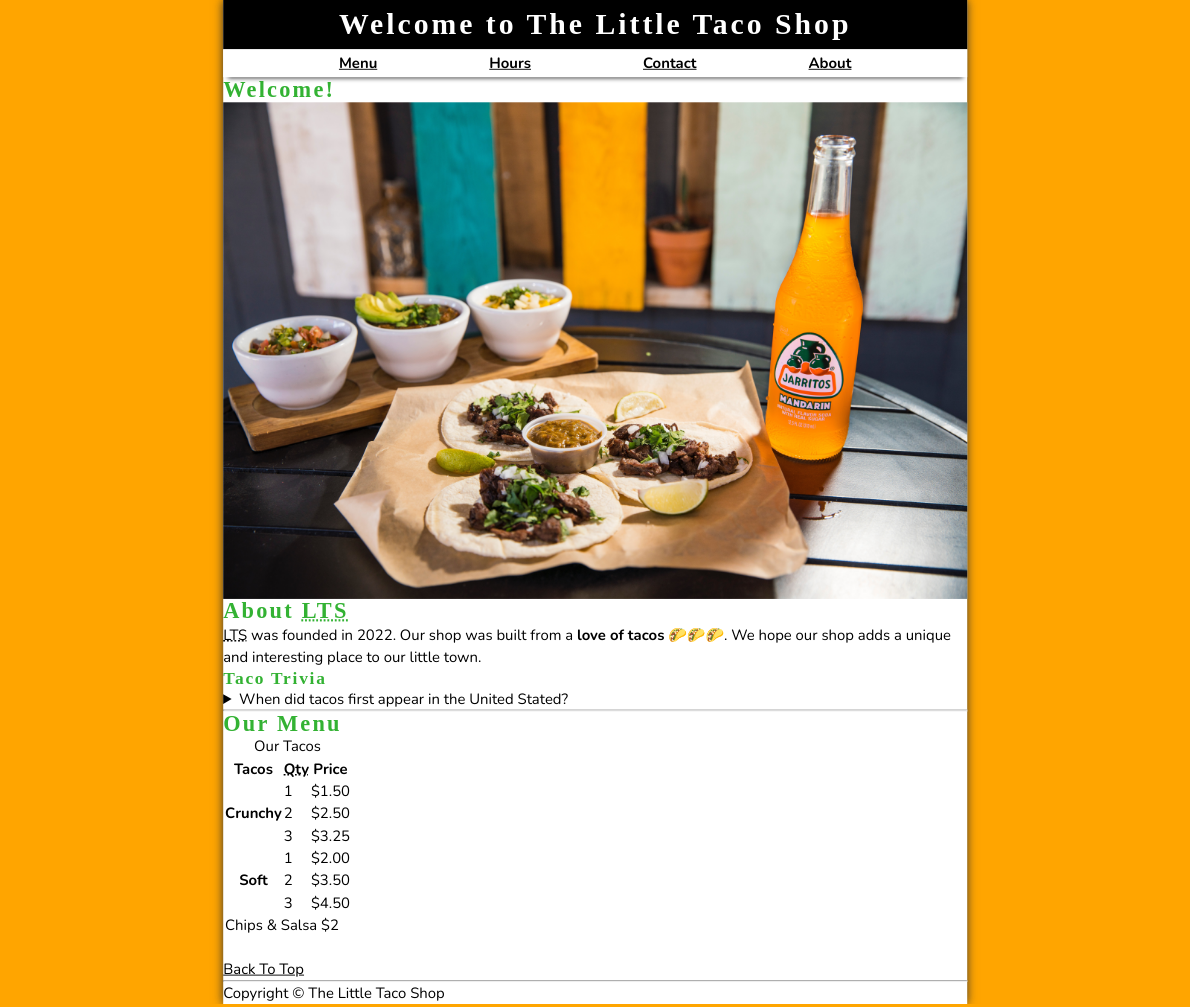
Repository: nabieusuma/Little-taco-shop
Page: index.html
These files come from the project's save history. The page is drawn as it stood at one moment and after the next save; the edit follows.
The browser window is 1280 px wide. The pictures show the whole page, at 93% of full size.
Some web fonts or font styles are not loaded; a fallback is used.

Above is the page before, as saved 2026-05-06 12:14:52.

### index.html
<!doctype html>
<html lang="en">
  <head>
    <meta charset="UTF-8" />
    <meta name="viewport" content="width=device-width, initial-scale=1.0" />
    <meta name="author" content="Nabieu suma" />
    <meta
      name="description"
      content="The official website for The Little Taco Shop"
    />
    <title>The Little Taco Shop</title>
    <link rel="icon" href="favicon.ico" type="image/x-icon" />
    <link rel="stylesheet" href="style.css" />
  </head>

  <body>
    <header class="header">
      <h1 class="header__h1">Welcome to The Little Taco Shop</h1>
      <nav class="header__nav">
        <ul class="header__ul">
          <li>
            <a href="#menu"> Menu</a>
          </li>
          <li>
            <a href="hours.html"> Hours</a>
          </li>
          <li>
            <a href="contact.html">Contact</a>
          </li>

          <li>
            <a href="about.html">About</a>
          </li>
        </ul>
      </nav>
    </header>

    <section class="hero">
      <h2 class="hero__h2">Welcome!</h2>
      <figure>
        <img
          src="./Images/tacos_and_drink_1000x667.png"
          alt="Tacos and a Drink"
          title="We love tacos!"
          width="1000"
          height="667"
        />
        <figcaption class="offscreen">Tacos and a Drink</figcaption>
      </figure>
    </section>
    <main>
      <article id="about">
        <h2>About <abbr title="The Little Taco Shop">LTS</abbr></h2>
        <p>
          <abbr title="The Little Taco Shop">LTS</abbr> was founded in
          <time datetime="2022">2022</time>. Our shop was built from a
          <strong>love of tacos</strong> 🌮🌮🌮. We hope our shop adds a unique
          and interesting place to our little town.
        </p>
        <aside>
          <h3>Taco Trivia</h3>
          <details>
            <summary>When did tacos first appear in the United Stated?</summary>
            <p>
              Jeffrey M. Pilcher, taco historian and professor of history at the
              University of Minnesota, says the earliest mention of tacos in the
              United States are in a newspaper from
              <time datetime="1905">1905</time>. (Source:
              <cite
                ><a
                  href="https://www.smithsonianmag.com/arts-culture/where-did-the-taco-come-from-81228162/"
                  target="_blank"
                  >Smithsonian Magazine</a
                ></cite
              >)
            </p>
          </details>
        </aside>
      </article>
      <hr />
      <article id="menu">
        <h2>Our Menu</h2>
        <table>
          <caption>
            Our Tacos
          </caption>
          <thead>
            <tr>
              <th>Tacos</th>
              <th scope="col"><abbr title="Quantity">Qty</abbr></th>
              <th scope="col">Price</th>
            </tr>
          </thead>
          <tbody>
            <tr>
              <th scope="row" rowspan="3">Crunchy</th>
              <td>1</td>
              <td>$1.50</td>
            </tr>
            <tr>
              <td>2</td>
              <td>$2.50</td>
            </tr>
            <tr>
              <td>3</td>
              <td>$3.25</td>
            </tr>
            <tr>
              <th scope="row" rowspan="3">Soft</th>
              <td>1</td>
              <td>$2.00</td>
            </tr>
            <tr>
              <td>2</td>
              <td>$3.50</td>
            </tr>
            <tr>
              <td>3</td>
              <td>$4.50</td>
            </tr>
          </tbody>
          <tfoot>
            <tr>
              <td colspan="3">Chips &amp; Salsa $2</td>
            </tr>
          </tfoot>
        </table>
        <br />
        <p>
          <a href="#">Back To Top</a>
        </p>
      </article>
    </main>
    <hr />
    <footer>
      <p>Copyright &copy; The Little Taco Shop</p>
    </footer>
  </body>
</html>

### style.css
@import url("https://fonts.googleapis.com/css2?family=Fraunces:ital,opsz,wght@0,9..144,100..900;1,9..144,100..900&family=Hanken+Grotesk:ital,wght@0,100..900;1,100..900&family=Kumbh+Sans:wght,YOPQ@100..900,300&family=Montserrat:ital,wght@0,100..900;1,100..900&family=Nunito:ital,wght@0,200..1000;1,200..1000&family=Outfit:wght@100..900&family=Red+Hat+Display:ital,wght@0,300..900;1,300..900&family=Roboto:ital,wght@0,100..900;1,100..900&family=Work+Sans:ital,wght@0,100..900;1,100..900&display=swap");

@import url("https://fonts.googleapis.com/css2?family=Fraunces:ital,opsz,wght@0,9..144,100..900;1,9..144,100..900&family=Fugaz+One&family=Hanken+Grotesk:ital,wght@0,100..900;1,100..900&family=Kumbh+Sans:wght,YOPQ@100..900,300&family=Montserrat:ital,wght@0,100..900;1,100..900&family=Nunito:ital,wght@0,200..1000;1,200..1000&family=Outfit:wght@100..900&family=Red+Hat+Display:ital,wght@0,300..900;1,300..900&family=Roboto:ital,wght@0,100..900;1,100..900&family=Work+Sans:ital,wght@0,100..900;1,100..900&display=swap");

*,
*::before,
*::after {
  padding: 0;
  margin: 0;
  box-sizing: border-box;
}

img {
  display: block;
  max-width: 100%;
  height: auto;
}

input,
button,
textarea {
  font: inherit;
}

/* || VARIABLES */
:root {
  /* Fonts */
  --FF: "Nunito", sans-serif;
  --FF--HEADINGS: "Fugaz One", cursive;
  --FS: clamp(1rem, 2.2vh, 1.5rem);

  /* COLORS*/
  --BGCOLOR: orange;
  --BGCOLOR-FADE: rgb(252, 220, 160);
  --BGIMAGE: linear-gradiant(
    to buttom,
    var(var(var(--BGCOLOR), var(var(--BGCOLOR-FADE))))
  );
  --BODY-BGCOLOR: #fff;
  --FONT-COLOR: #000;
  --BORDER-COLOR: #333;
  --HEIGHLIGHT-COLOR: rgb(51, 178, 51);
  --LINKCOLOR: #000;
  --LINK-HOVER: hsla(0, 0%, 0%, 0.6);
  --LINK-ACTIVE: orange;
  --HEADER-BGCOLOR: #000;
  --HEADER-COLOR: #fff;
  --NAV-BAGCOLOR: #fff;

  /* BORDERS */
  --BORDERS: 1px solid var(var(--BORDER-COLOR));

  /* STANDARD PADDING */
  --PADDING-TB: 0.25em;
  --PADDING-SIDE: 2.5%;

  /* STANDARD MARGIN */
  --MARGIN: clamp(1em, 2.5vh, 1.5em) 0;
}

/* || UTILITY CLASS */
.offscreen {
  position: absolute;
  left: -10000px;
}

.nowrap {
  white-space: nowrap;
}

.center {
  text-align: center;
}

/*
  GENERAL STYLE
*/
html {
  scroll-behavior: smooth;
  font-size: var(--FS);
  font-family: var(--FF);
  background-color: var(--BGCOLOR);
  background-image: var(--BGIMAGE);
}

body {
  background-color: var(--BODY-BGCOLOR);
  color: var(--FONT-COLOR);
  min-height: 100vh;
  max-width: 800px;
  margin: 0 auto;
  border-left: var(--BORDERS);
  border-right: var(--BORDERS);
  box-shadow: 0 0 10px var(--BORDER-COLOR);
}

h1,
h2,
h3 {
  font-family: var(--FF--HEADINGS);
  letter-spacing: 0.1em;
}

h2,
h3 {
  color: var(--HEIGHLIGHT-COLOR);
}

p {
  line-height: 1.5;
}

a:any-link {
  color: var(--LINKCOLOR);
}

a:hover,
a:focus-visible {
  color: var(--LINK-HOVER);
}

a:active {
  color: var(--LINK-ACTIVE);
}

/* HEADER */
.header {
  position: sticky;
  top: 0;
  z-index: 1;
}

.header__h1 {
  text-align: center;
  background-color: var(--HEADER-BGCOLOR);
  color: var(--HEADER-COLOR);
  padding: var(--PADDING-TB) var(--PADDING-SIDE);

}

.header__nav {
  background-color: var(--NAV-BAGCOLOR);
  border-bottom: var(--BORDERS);
  font-weight: bold;
  box-shadow: 0 6px 5px -5px var(--BORDER-COLOR);
}

.header__ul {
  padding: var(--PADDING-TB) var(--PADDING-SIDE);
  list-style-type: none;
  display: flex;
  justify-content: space-evenly;
  gap: 1rem;

}

After the next save:
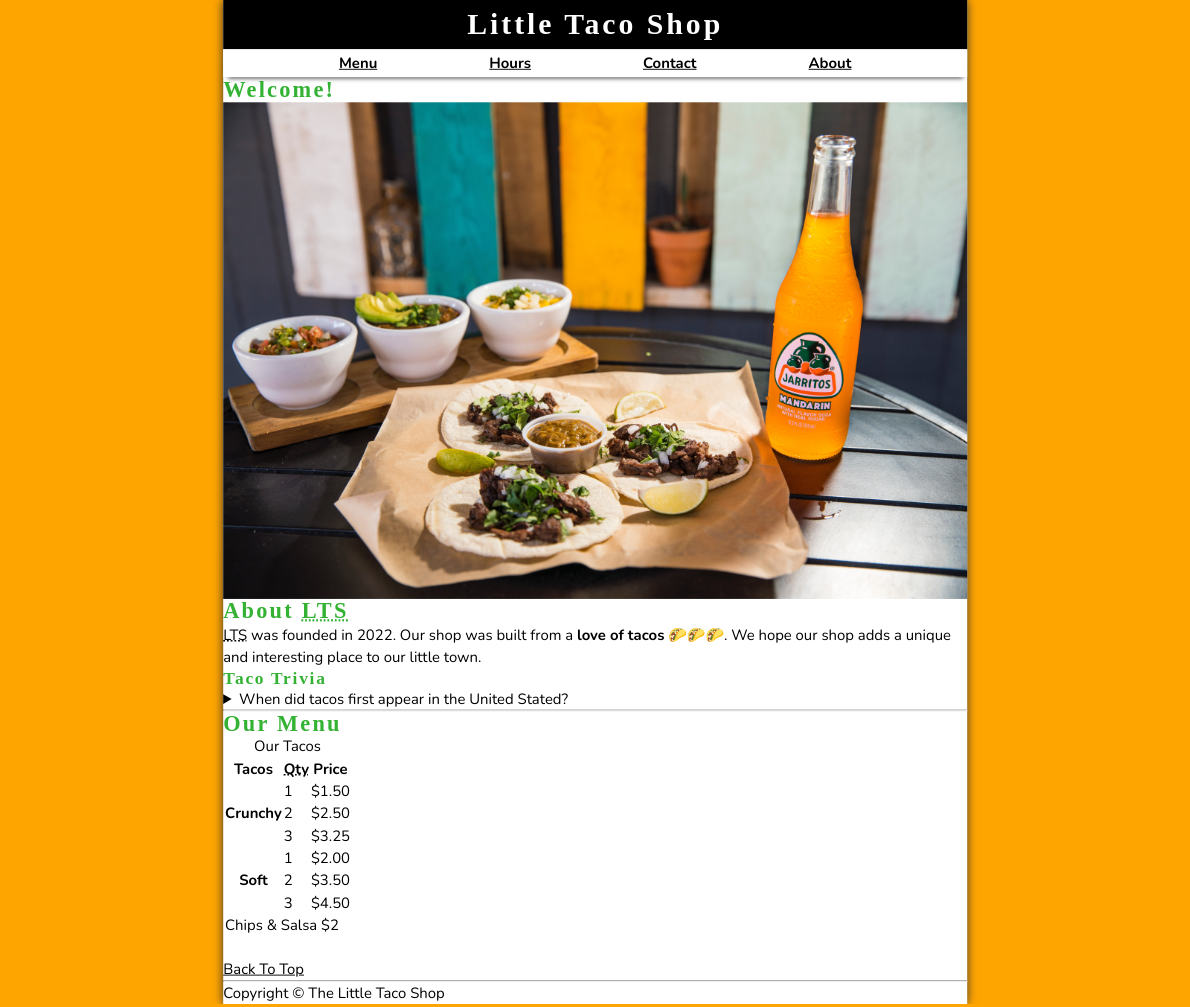
Saved 2 min 5 s later.
--- a/index.html
+++ b/index.html
@@ -15,7 +15,7 @@
 
   <body>
     <header class="header">
-      <h1 class="header__h1">Welcome to The Little Taco Shop</h1>
+      <h1 class="header__h1"> Little Taco Shop</h1>
       <nav class="header__nav">
         <ul class="header__ul">
           <li>
